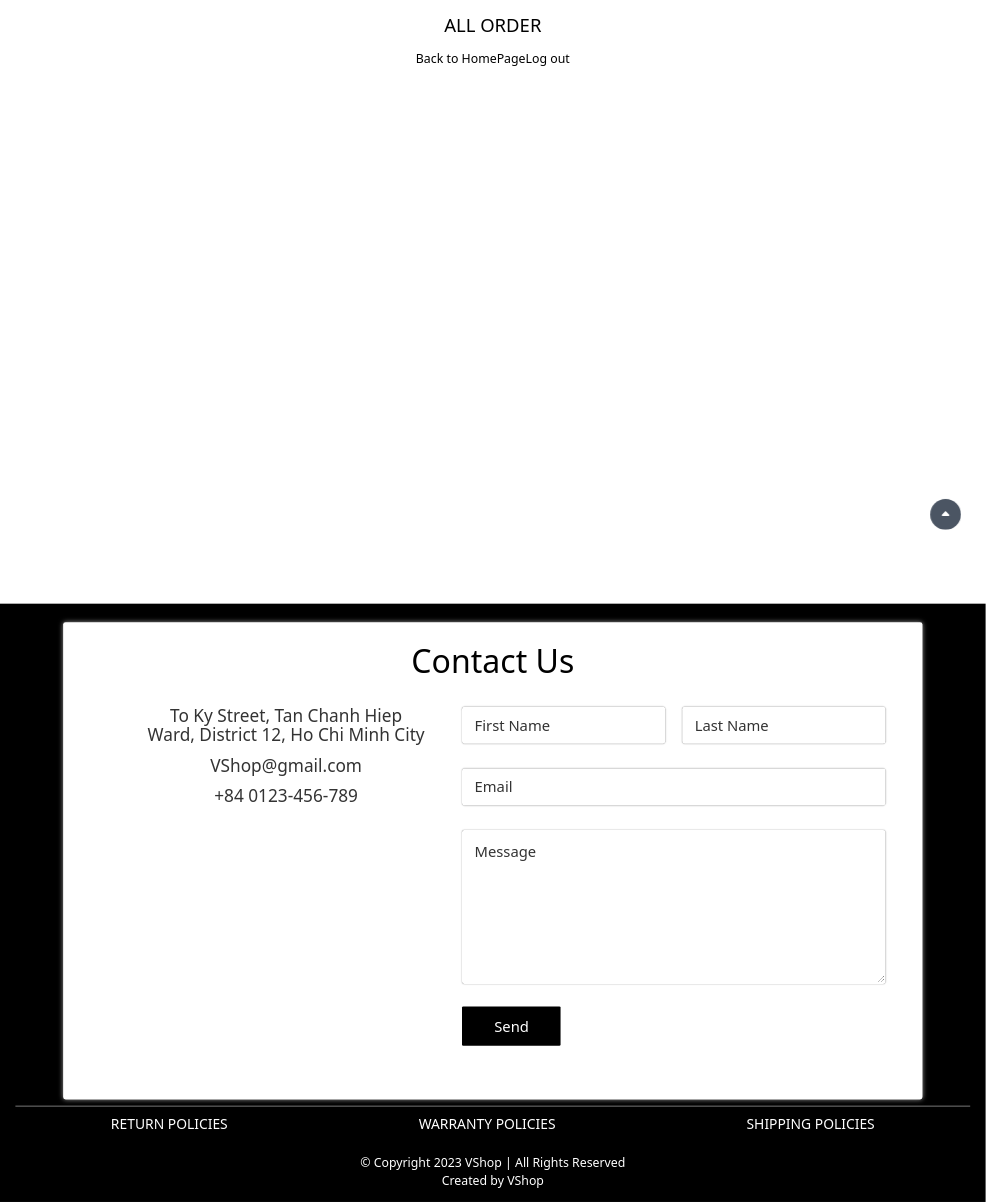
Repository: Kith933UTH/VSHOP
Page: /user
These files come from the project's save history. The page is drawn as it stood at one moment and after the next save; the edit follows.
The browser window is 1280 px wide. The pictures show the whole page, at 77% of full size.
Pictures or frames that could not be fetched are drawn as grey boxes. The project was rebuilt for these pictures with package versions that can differ from the ones it lists, and the page was loaded fresh each time. Also part of the build but not shown: src/components/product-item/ProductItem.js, src/components/loader/Loader.js, src/constants/constants.js, src/components/product-filters/Category.js, src/components/product-filters/Price.js, src/components/product-filters/Rating.js, src/components/product-filters/ProductFilters.js, src/components/cart-shopping/CartEmpty.js and 25 more.

Above is the page before, as saved 2023-08-05 22:54:32.

After the next save:
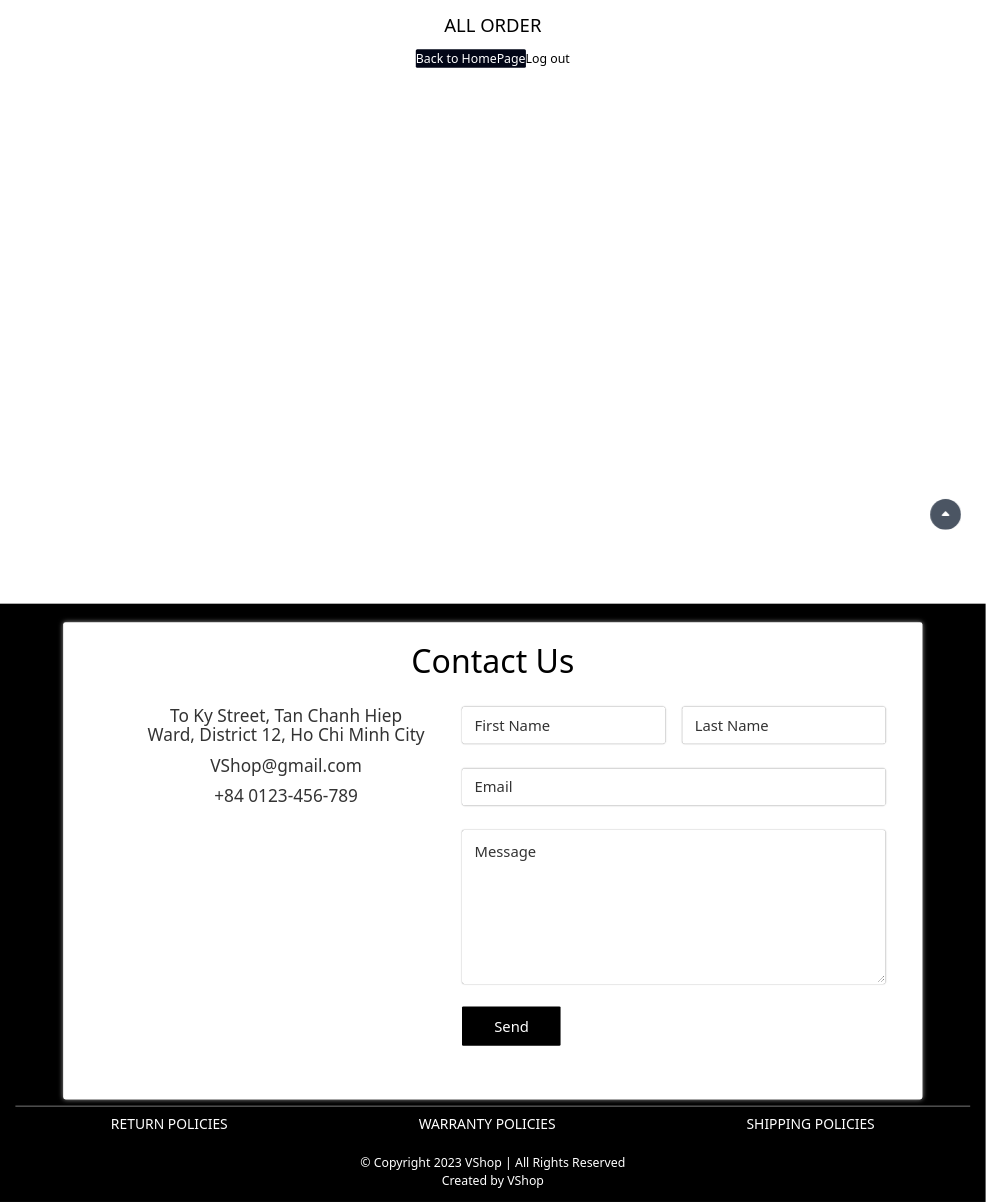
Saved 2 min 3 s later.
--- a/src/components/user/User.js
+++ b/src/components/user/User.js
@@ -38,7 +38,7 @@ export function User() {
             </div>
             )}
             <div>
-                <button onClick={handleBack}>Back to HomePage</button>
+                <button className='text-white rounded-sm bg-slate-950' onClick={handleBack}>Back to HomePage</button>
                 <button onClick={handleLogOut}>Log out</button>
             </div>
         </div>
